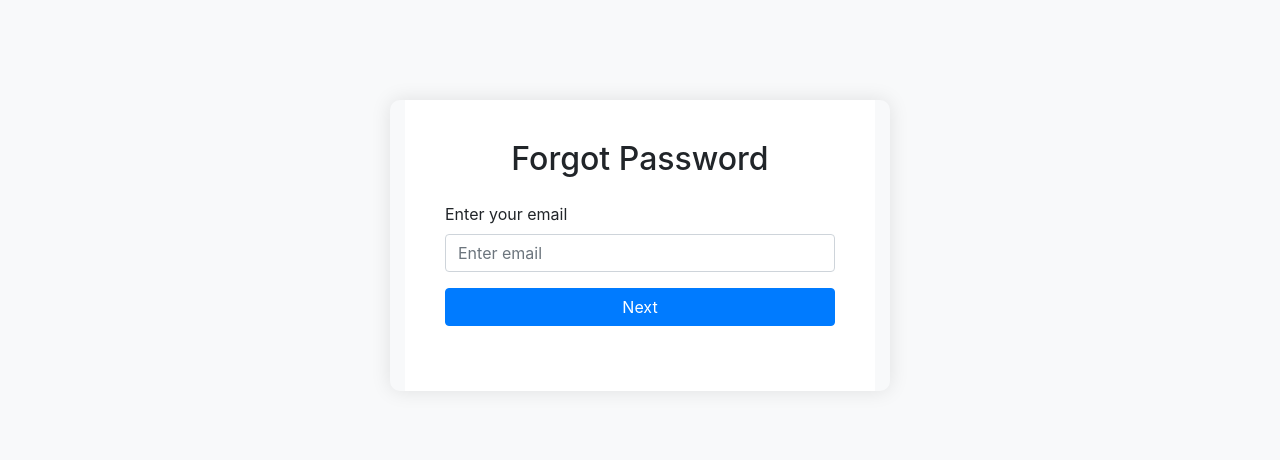
Repository: Darkrepo23/Ecommerce-Manalastas-project
Page: forgot-password.html
An editor plug-in stored every save of this project. The page is shown before and after the next save, followed by the edit.
The browser window is 1280 px wide. The pictures show the whole page.
Some web libraries are served in a nearby version.

Above is the page before, as saved 2025-12-15 17:00:27.

After the next save:
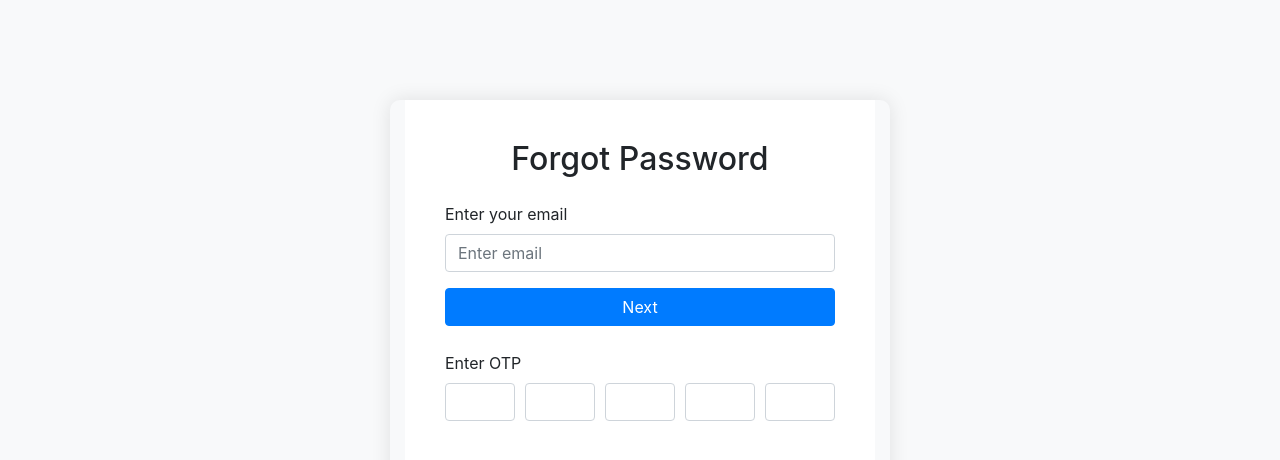
Saved 2 min 48 s later.
--- a/forgot-password.html
+++ b/forgot-password.html
@@ -59,11 +59,16 @@
       </div>
       <button type="button" class="btn btn-primary btn-block" onclick="showPinCodeSection()">Yes, it's me</button>
      </div>
-     <div id="pinCodeSection" class="form-group" style="display: none;">
-      <label for="pinCode">Enter the pin code sent to your email</label>
-      <input type="text" class="form-control" id="pinCode" placeholder="Enter pin code" required>
-      <button type="button" class="btn btn-primary btn-block mt-3" onclick="verifyPinCode()">Verify Pin Code</button>
-     </div>
+ <div class="form-group">
+  <label for="otp">Enter OTP</label>
+  <div class="d-flex justify-content-between">
+   <input type="text" class="form-control text-center" maxLength="1" style="width: 18%" id="otp1">
+   <input type="text" class="form-control text-center" maxLength="1" style="width: 18%" id="otp2">
+   <input type="text" class="form-control text-center" maxLength="1" style="width: 18%" id="otp3">
+   <input type="text" class="form-control text-center" maxLength="1" style="width: 18%" id="otp4">
+   <input type="text" class="form-control text-center" maxLength="1" style="width: 18%" id="otp5">
+  </div>
+ </div>
     </form>
     <div id="successSection" style="display: none;">
      <p class="success-message">Password reset successful! Check your email for the new password.</p>
